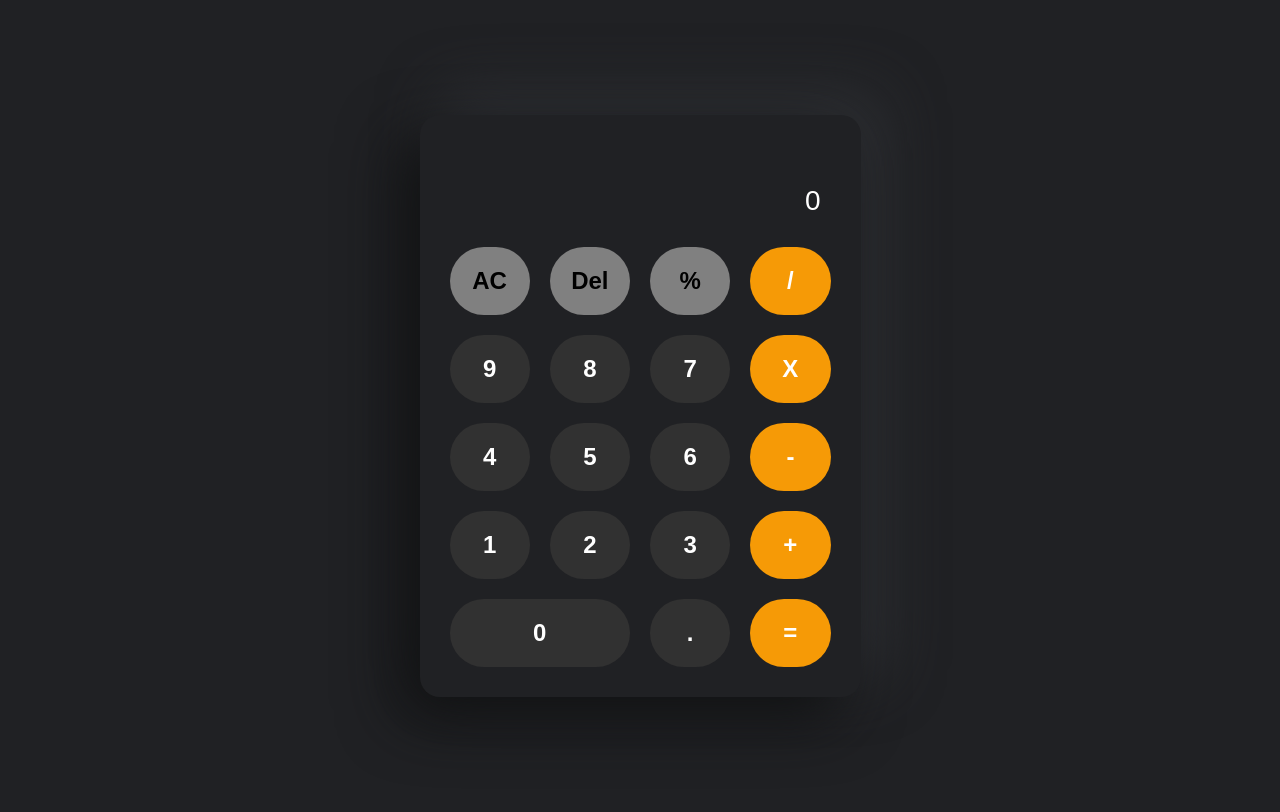
Repository: ble-syn/reactCalculator
Page: /
The author's editor kept a copy of each file at every save. The page is drawn from the files as they stood at one save, then again after the next save.
The browser window is 1280 px wide. The pictures show the whole page.
The project was rebuilt for these pictures with package versions that can differ from the ones it lists, and the page was loaded fresh each time.

Above is the page before, as saved 2022-10-06 22:42:36.

### src/index.css
*{
  margin: 0;
  box-sizing: border-box;
}

body{
  display: flex;
  justify-content: center;
  align-items: center;
  flex-direction: column;
  background-color: #202124;
  color: #fff;
  margin: 9% auto;
  background: #202124;
}
.container {
  max-width: 1000px;
}
.calculator{
  padding: 20px;
  border-radius: 20px;
  background: #202124;
  box-shadow:  -20px 20px 60px #101112,
             20px -20px 60px #303236;
}
#calculator-display {
  border: none;
  width: 100%;
  text-align: right;
  font-size: 28px;
  padding: 50px 20px 20px;
  color: #fff;
  background-color: #202124;
}
#calculator-display:focus {
  outline: none;
}
#calculator-display::-webkit-input-placeholder {
  color: #fff;
}
.calculator-keys{
  display: grid;
  grid-template-columns: repeat(4, 1fr);
  grid-gap: 20px;
  margin: 10px;
}
button {
  padding: 20px 15px;
  display: grid;
  place-items: center;
  outline: none;
  border-radius: 50px;
  font-weight: 700;
  border: none;
  color: #fff;
  background-color: #313131;
  font-size: 24px;
  cursor: pointer;
}
button:focus {
  background-color: #D1D1D1;
}
.zero {
  grid-column: 1/3;
}
.gray {
  background-color: gray;
  color: #000;
}
.yellow {
  background-color: #F69A06;
}
.yellow:focus{
  background-color: #ffffff;
  color: #F69A06;
}

### src/App.js
import {useState} from "react";

function App() {
  const [numDisplay, setNumDisplay] = useState("")
  const operators = ["+", "-", "*", "/"]

const numClick = (event) => {
      event.preventDefault()

      let value = event.target.value
      setNumDisplay(numDisplay + value)
}


const deleteNum = () => {
  setNumDisplay(numDisplay.slice(0, -1))
}
const reset = () => {
  setNumDisplay("")
}
const percent = () => {
  setNumDisplay(numDisplay / 100)
}
const equals = () => {
  setNumDisplay(eval(numDisplay))
}

  return (
    <main id="container">
      <div class="calculator">
          <div><input id="calculator-display" type="text" placeholder="0" value={numDisplay} /></div>

        <div class="calculator-keys">
            <button onClick={reset} value=" " class="gray">AC</button>
            <button onClick={deleteNum} value="" class="gray">Del</button>
            <button onClick={percent} value="%" class="gray">%</button>
            <button onClick={numClick} value="/" class="yellow">/</button>
            <button onClick={numClick} value="9">9</button>
            <button onClick={numClick} value="8">8</button>
            <button onClick={numClick} value="7" >7</button>
            <button onClick={numClick} value="*" class="yellow">X</button>
            <button onClick={numClick} value="4">4</button>
            <button onClick={numClick} value="5">5</button>
            <button onClick={numClick} value="6">6</button>
            <button onClick={numClick} value="-" class= "yellow">-</button>
            <button onClick={numClick} value="1">1</button>
            <button onClick={numClick} value="2">2</button>
            <button onClick={numClick} value="3">3</button>
            <button onClick={numClick} value="+" class="yellow">+</button>
            <button onClick={numClick} value="0" class="zero" >0</button>
            <button onClick={numClick} value="." data-action="decimal">.</button>
            <button onClick={equals} value="=" class="yellow">=</button>
        </div>
      </div>
    </main>
  )
}

export default App;

Loaded but not shown: public/index.html (common file); src/index.js (common file); src/reportWebVitals.js (common file)

After the next save:
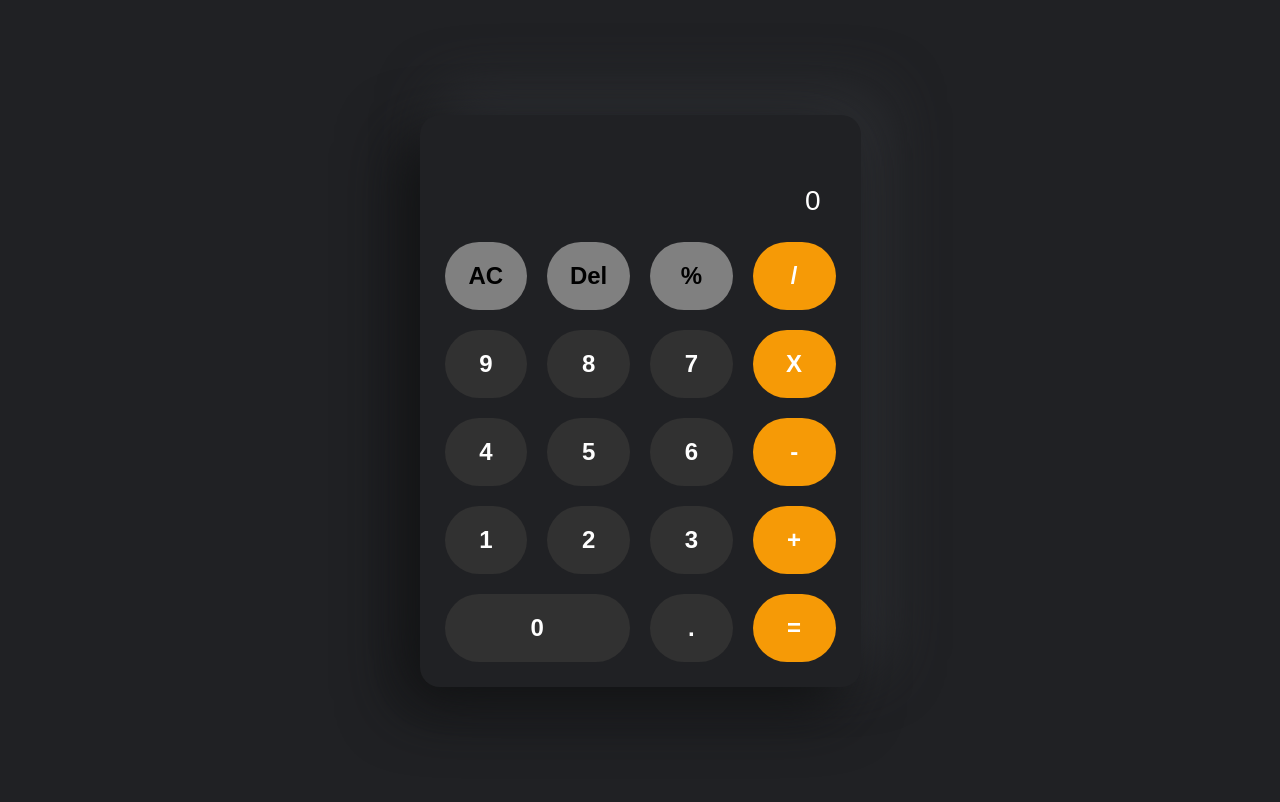
Saved 26 s later.
--- a/src/index.css
+++ b/src/index.css
@@ -42,7 +42,7 @@ body{
   display: grid;
   grid-template-columns: repeat(4, 1fr);
   grid-gap: 20px;
-  margin: 10px;
+  margin: 5px;
 }
 button {
   padding: 20px 15px;
